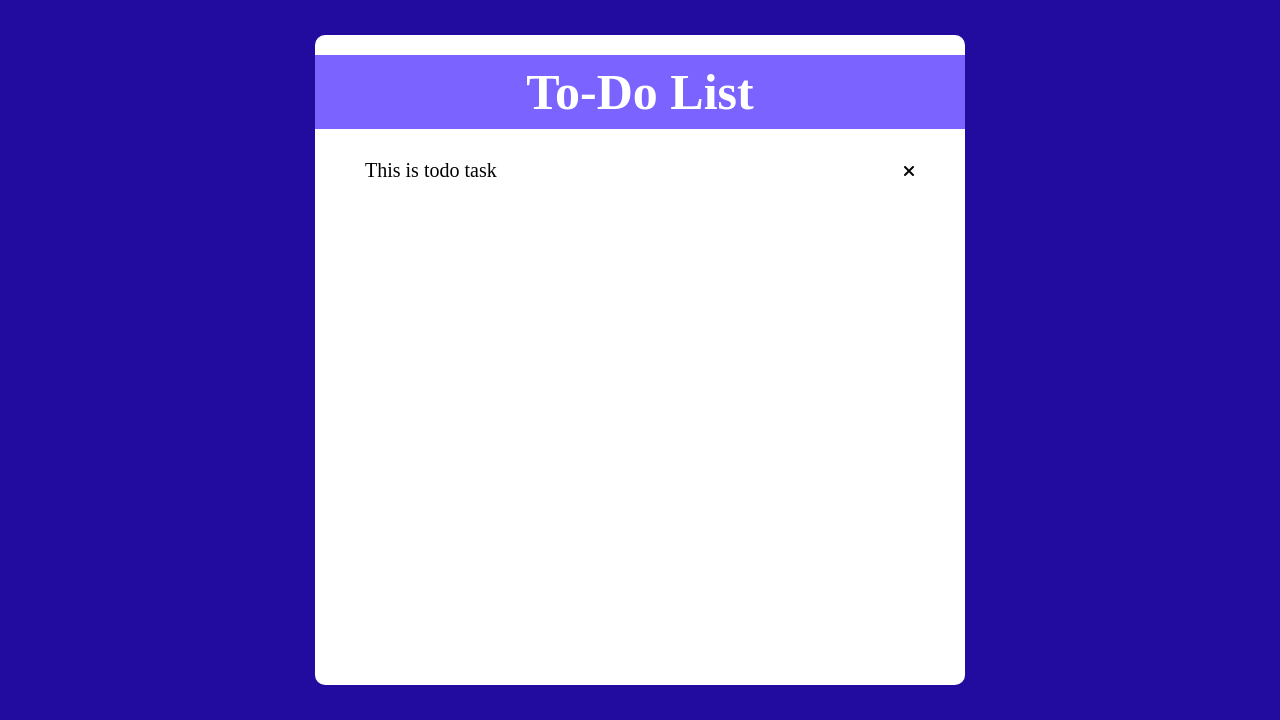
Repository: AliHassan02-Dev/To-Do-App
Page: /
An editor plug-in stored every save of this project. The page is shown before and after a run of saves, followed by the edit.
The browser window is 1280 px wide. The pictures show the whole page.
Some web libraries are served in a nearby version. The project was rebuilt for these pictures with package versions that can differ from the ones it lists, and the page was loaded fresh each time. Also part of the build but not shown: vite.config.js.

Above is the page before, as saved 2024-10-28 11:42:12.

After the next 2 saves:
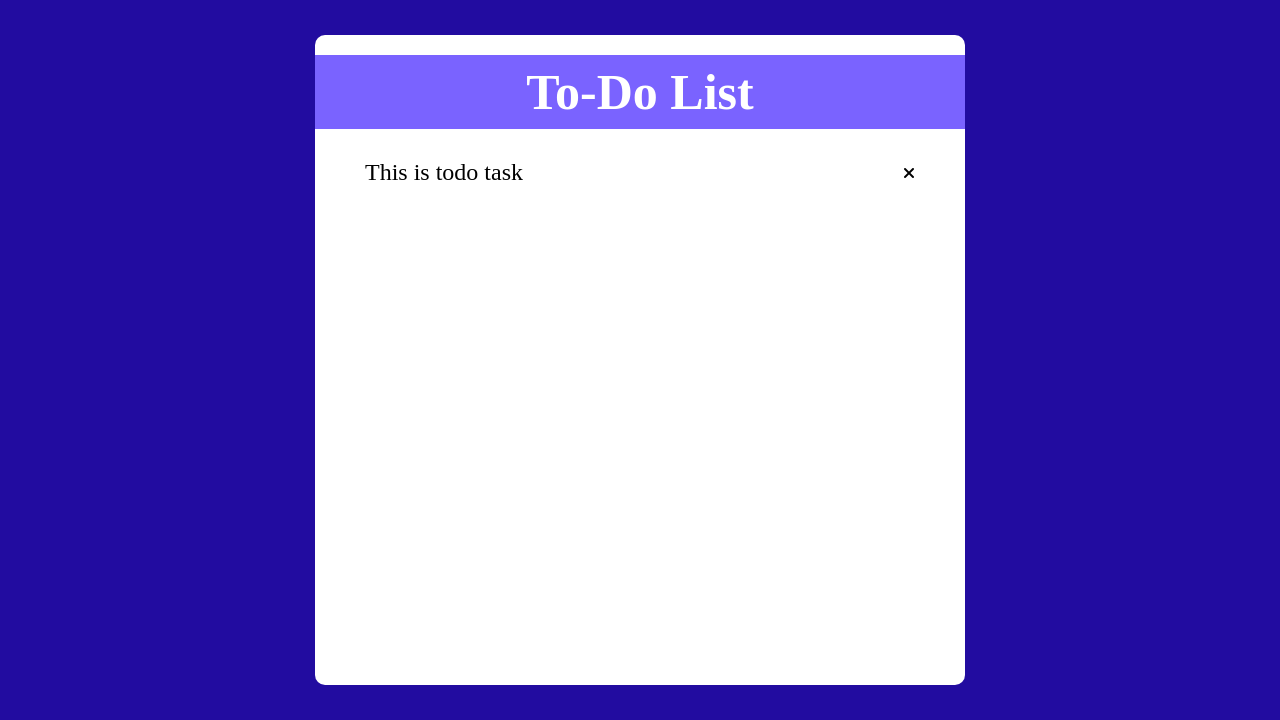
The 2 saves are shown as one change because they came seconds apart.
The last was saved 25 s later.
--- a/src/App.css
+++ b/src/App.css
@@ -45,10 +45,6 @@
   list-style-type: none;
 }
 
-.mainWrapper .container .bottomBar ol li {
-  font-size: 20px;
-}
-
 .mainWrapper .container .bottomBar .taskList {
   width: 100%;
   flex-wrap: nowrap;
@@ -56,3 +52,7 @@
   justify-content: space-between;
   align-items: center;
 }
+
+.mainWrapper .container .bottomBar .taskList li {
+  font-size: 24px;
+}

After the 2 saves that followed:
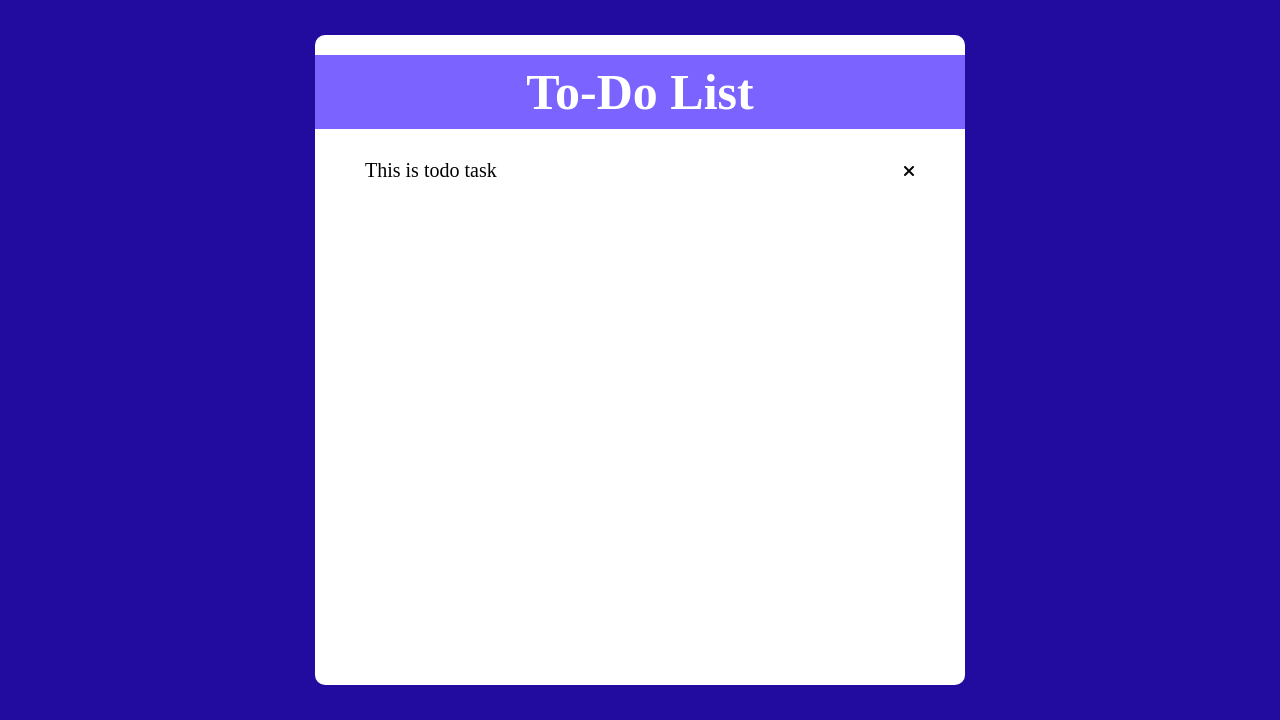
The 2 saves are shown as one change because they came seconds apart.
The last was saved 9 s later.
--- a/src/App.css
+++ b/src/App.css
@@ -54,5 +54,5 @@
 }
 
 .mainWrapper .container .bottomBar .taskList li {
-  font-size: 24px;
+  font-size: 20px;
 }
